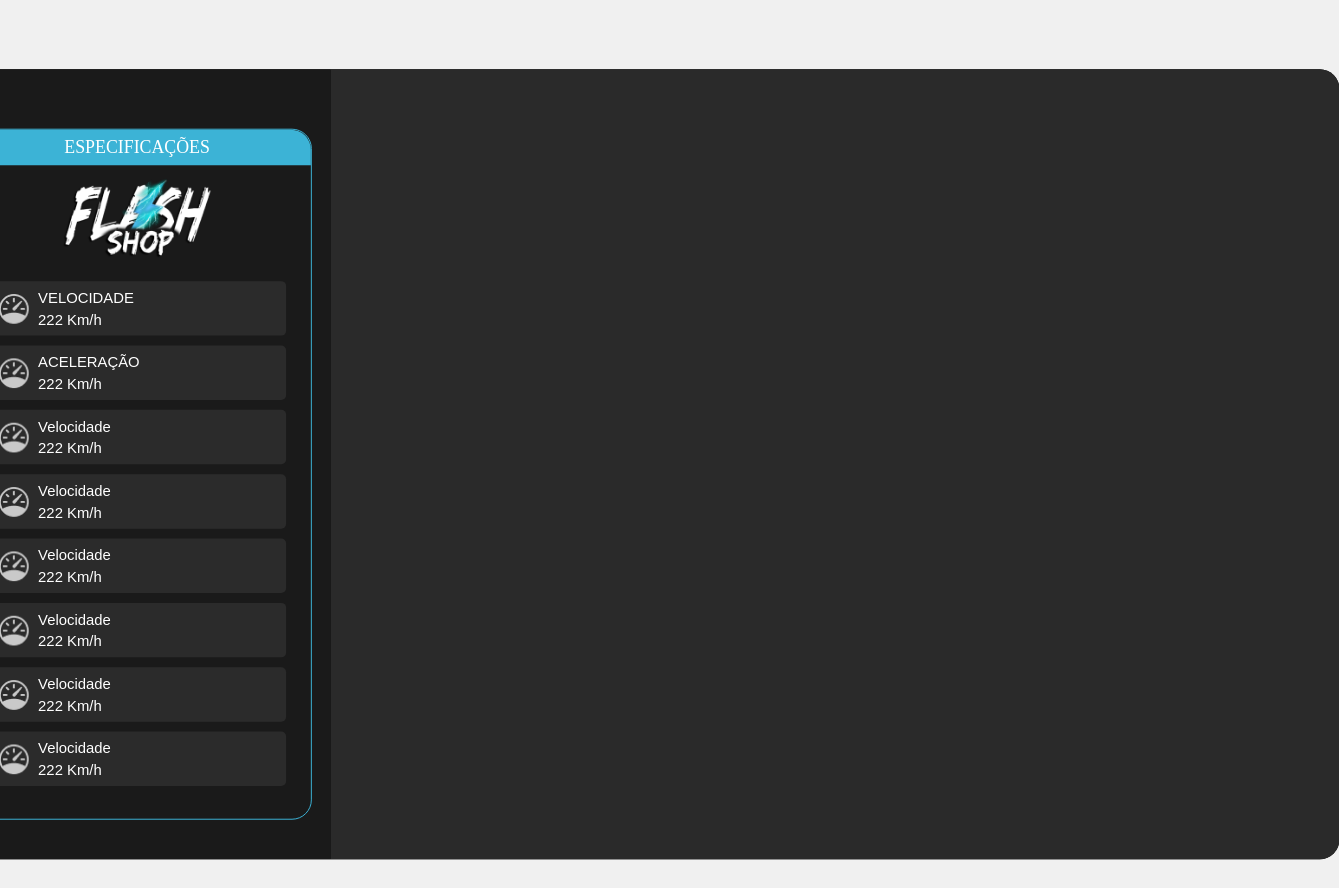
Repository: DuMCorrea/Garagem
Page: index.html
These files come from the project's save history. The page is drawn as it stood at one moment and after the next save; the edit follows.
The browser window is 1280 px wide. The page is 1353 px wide, so the pictures cover 1353 px, including what lies to the right of the window. The pictures show the whole page, at 99% of full size.
Some web fonts or font styles are not loaded; a fallback is used.

Above is the page before, as saved 2024-08-22 10:49:06.

### index.html
<!DOCTYPE html>
<html lang="pt-BR">
<head>
    <meta charset="UTF-8">
    <meta name="viewport" content="width=device-width, initial-scale=1.0">
    <link href="https://fonts.googleapis.com/css2?family=Baloo+Bhai&display=swap" rel="stylesheet">
    <title>Div Principal</title>
    <link rel="stylesheet" href="styles.css">
</head>
<body>
    <div class="div-principal">
        <div class="div-esquerda">
            <div class="retangulo-informacoes-3 duplicadoo">
                <img src="assets/FlashStore 2.png" alt="Imagem Mecânico" class="imagem-mecanico">
                <div class="titulo-retangulo">ESPECIFICAÇÕES</div>
                <div class="saldo-conteudo">
                    <div class="saldo-item">
                        <img src="assets/Velo.png" alt="Imagem de Carteira" class="saldo-imagem">
                        <div class="saldo-texto">
                            <p class="saldo-titulo">VELOCIDADE</p>
                            <p class="saldo-valor">222 Km/h</p>
                        </div>
                    </div>
                    <div class="saldo-item">
                        <img src="assets/Velo.png" alt="Imagem de Carteira" class="saldo-imagem">
                        <div class="saldo-texto">
                            <p class="saldo-titulo">ACELERAÇÃO</p>
                            <p class="saldo-valor">222 Km/h</p>
                        </div>
                    </div>
                    <div class="saldo-item">
                        <img src="assets/Velo.png" alt="Imagem de Carteira" class="saldo-imagem">
                        <div class="saldo-texto">
                            <p class="saldo-titulo">Velocidade</p>
                            <p class="saldo-valor">222 Km/h</p>
                        </div>
                    </div>
                    <div class="saldo-item">
                        <img src="assets/Velo.png" alt="Imagem de Carteira" class="saldo-imagem">
                        <div class="saldo-texto">
                            <p class="saldo-titulo">Velocidade</p>
                            <p class="saldo-valor">222 Km/h</p>
                        </div>
                    </div>
                    <div class="saldo-item">
                        <img src="assets/Velo.png" alt="Imagem de Carteira" class="saldo-imagem">
                        <div class="saldo-texto">
                            <p class="saldo-titulo">Velocidade</p>
                            <p class="saldo-valor">222 Km/h</p>
                        </div>
                    </div>
                    <div class="saldo-item">
                        <img src="assets/Velo.png" alt="Imagem de Carteira" class="saldo-imagem">
                        <div class="saldo-texto">
                            <p class="saldo-titulo">Velocidade</p>
                            <p class="saldo-valor">222 Km/h</p>
                        </div>
                    </div>
                    <div class="saldo-item">
                        <img src="assets/Velo.png" alt="Imagem de Carteira" class="saldo-imagem">
                        <div class="saldo-texto">
                            <p class="saldo-titulo">Velocidade</p>
                            <p class="saldo-valor">222 Km/h</p>
                        </div>
                    </div>
                    <div class="saldo-item">
                        <img src="assets/Velo.png" alt="Imagem de Carteira" class="saldo-imagem">
                        <div class="saldo-texto">
                            <p class="saldo-titulo">Velocidade</p>
                            <p class="saldo-valor">222 Km/h</p>
                        </div>
                    </div>

                </div>
            </div>
        </div>
        <div class="div-direita">
            <!-- Conteúdo do centro e da direita -->
        </div>
    </div>
</body>
</html>

### styles.css
body {
    display: flex;
    flex-direction: column;
    align-items: center;
    margin: 0;
    background-color: #f0f0f0;
    font-family: 'Baloo Bhai';
    overflow-y: auto;
    margin-top: 70px;
}

.div-principal {
    position: relative;
    display: flex;
    width: 1425px;
    height: 798px;
    border-radius: 20px;
    background-color: #010101;
    margin-bottom: 20px;
}

.div-esquerda {
    width: 27%; /* Ocupa 30% da largura da div-principal */
    background-color: #1A1A1A; /* Cor de fundo diferente para destaque */
    border-radius: 20px 0px 0px 20px; /* Canto arredondado na esquerda */
    padding: 20px;
}

.div-direita {
    width: 72%; /* Ocupa 70% da largura da div-principal */
    background-color: #2A2A2A; /* Cor de fundo diferente para destaque */
    border-radius: 0px 20px 20px 0px; /* Canto arredondado na direita */
    padding: 20px;
}

.retangulo-informacoes-3 {
    width: 320px;
    height: 232px;
    position: absolute;
    top: 580px;
    left: 462px;
    border-radius: 20px;
    border: 1px solid #3CB3D6;
    background-color: rgba(0, 0, 0, 0); /* Ajuste da opacidade de fundo */
    opacity: 1; /* Visibilidade ativada */
}
.duplicadoo {
    width: 350px;
    height: 696px;
    position: absolute;
    top: 60px;
    left: 35px;
    border-radius: 20px;
    border: 1px solid #3CB3D6;
    background-color: rgba(0, 0, 0, 0); /* Ajuste da opacidade de fundo */
    opacity: 1; /* Visibilidade ativada */
}

.titulo-retangulo {
    width: 100%; /* Ajusta a largura ao do retângulo */
    height: 36px;
    background: #3CB3D6; /* Cor de fundo */
    border-radius: 20px 20px 0 0; /* Arredonda apenas os cantos superiores */
    color: white; /* Cor do texto */
    font-size: 18px; /* Tamanho do texto */
    line-height: 36px; /* Centraliza verticalmente o texto */
    text-align: center; /* Centraliza horizontalmente o texto */
    position: absolute;
    top: 0; /* Alinha o título ao topo do retângulo */
    left: 0; /* Alinha o título à esquerda do retângulo */
}

.status-rectangle {
    width: 300px;
    height: 35px;
    position: absolute;
    top: 130px;
    left: 16px;
    display: flex;
    align-items: center;
    justify-content: space-between; /* Ajuste para espaçar os textos */
    padding: 0 10px; /* Adicione um pequeno padding para afastar o texto das bordas */
    border-radius: 5px;
    opacity: 1; /* Tornar o retângulo visível */
    background: #37373796;
  }
  .status-text {
    font-size: 14px;
    color: #fff;
    font-family: 'Baloo Bhai', sans-serif;
  }

  .imagem-mecanico {
    display: block;
    margin: 0 auto; /* Centraliza a imagem horizontalmente */
    width: 50%; /* Ajuste a largura da imagem conforme necessário */
    height: 25%; /* Ajuste a altura da imagem conforme necessário */
    position: absolute;
    top: 0px; /* Ajuste a posição vertical da imagem */
    left: 50%;
    transform: translateX(-50%); /* Centraliza a imagem em relação ao retângulo */
}








.saldo-imagem {
    width: 30px;
    height: 30px;
    margin-right: 10px; /* Espaçamento entre a imagem e o texto */
}
.saldo-conteudo {
    display: flex;
    flex-direction: column;
    align-items: center;
    justify-content: center;
    height: 100%;
    padding: 10px;
    gap: 10px; /* Espaçamento entre os retângulos */
    margin-top: 50px;
}

.saldo-item {
    display: flex;
    align-items: center;
    width: 280px;
    height: 35px;
    border-radius: 5px;
    background: #37373796;
    padding: 10px;
}

.saldo-texto {
    display: flex;
    flex-direction: column;
    gap: 2px; /* Espaçamento reduzido entre o título e o valor */
    font-family: 'Baloo Bhai', sans-serif;


}

.saldo-titulo {
    font-family: 'Baloo Bhai', sans-serif;
    font-size: 15px;
    font-weight: 400;
    line-height: 20px; /* Ajuste na altura da linha para deixar os textos mais próximos */
    text-align: left;
    color: white;
    margin: 0;
}
.saldo-valor {
    font-family: 'Baloo Bhai', sans-serif;
    font-size: 15px;
    font-weight: 400;
    line-height: 20px; /* Ajuste na altura da linha para deixar os textos mais próximos */
    text-align: left;
    color: white;
    margin: 0;
}

After the next save:
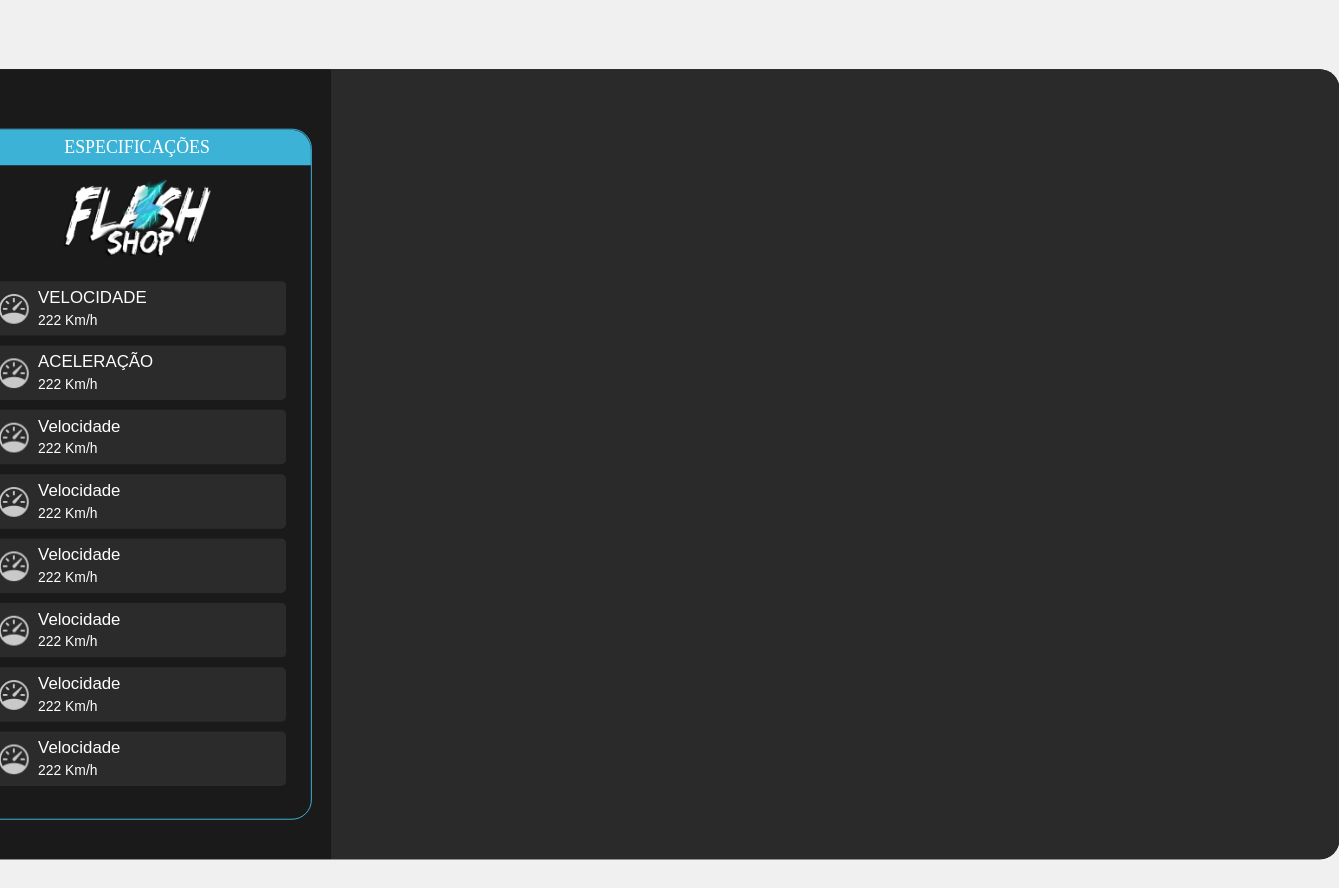
Saved 9 s later.
--- a/styles.css
+++ b/styles.css
@@ -145,7 +145,7 @@
 
 .saldo-titulo {
     font-family: 'Baloo Bhai', sans-serif;
-    font-size: 15px;
+    font-size: 17px;
     font-weight: 400;
     line-height: 20px; /* Ajuste na altura da linha para deixar os textos mais próximos */
     text-align: left;
@@ -154,7 +154,7 @@
 }
 .saldo-valor {
     font-family: 'Baloo Bhai', sans-serif;
-    font-size: 15px;
+    font-size: 14px;
     font-weight: 400;
     line-height: 20px; /* Ajuste na altura da linha para deixar os textos mais próximos */
     text-align: left;
